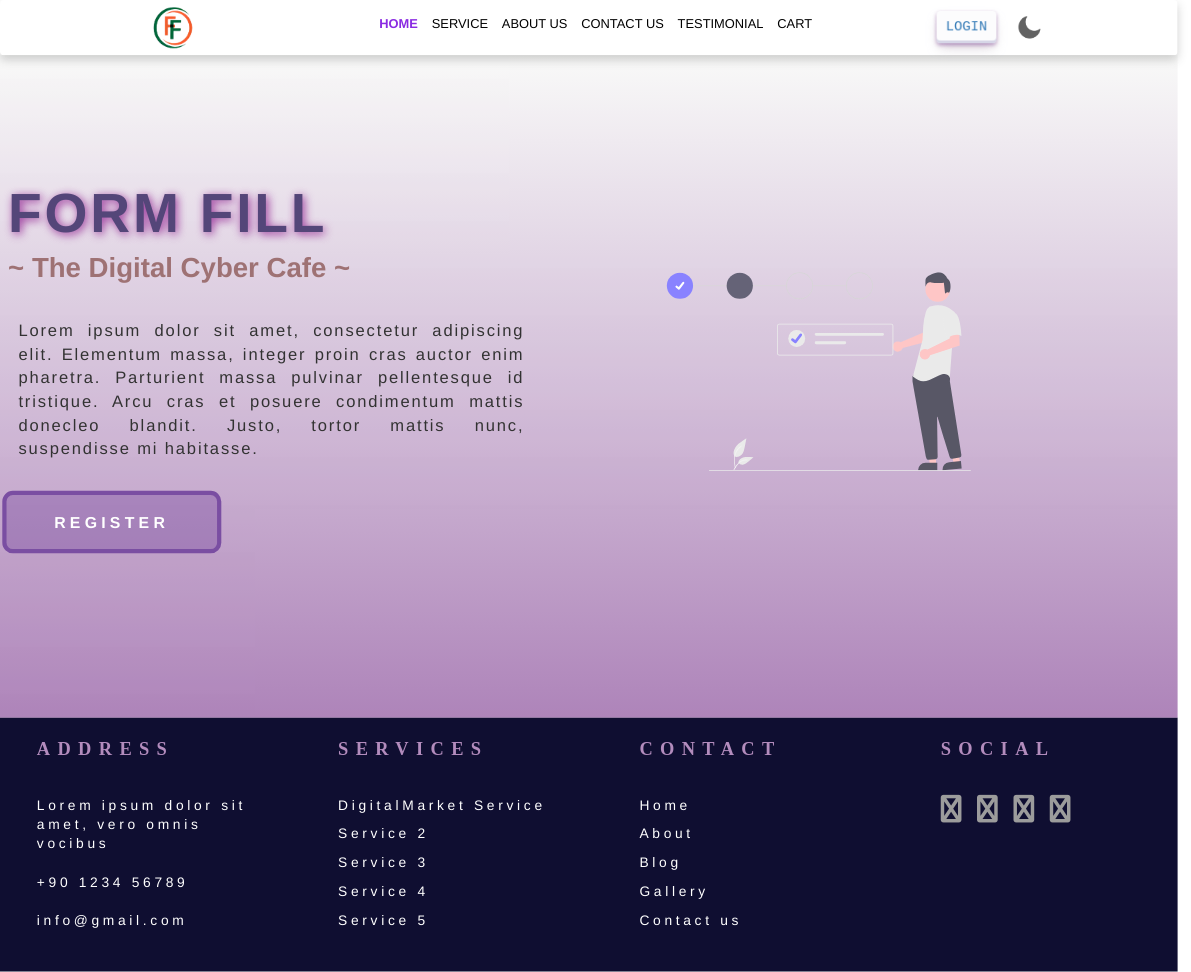
Repository: codervivek5/Formfil
Page: index.html
An editor plug-in stored every save of this project. The page is shown before and after the next save, followed by the edit.
The browser window is 1280 px wide. The page is 1295 px wide, so the pictures cover 1295 px, including what lies to the right of the window. The pictures show the whole page, at 92% of full size.
The pointer rests on the first visible `.btn1`.
Some web fonts or font styles are not loaded; a fallback is used.

Above is the page before, as saved 2023-03-04 20:50:53.

After the next save:
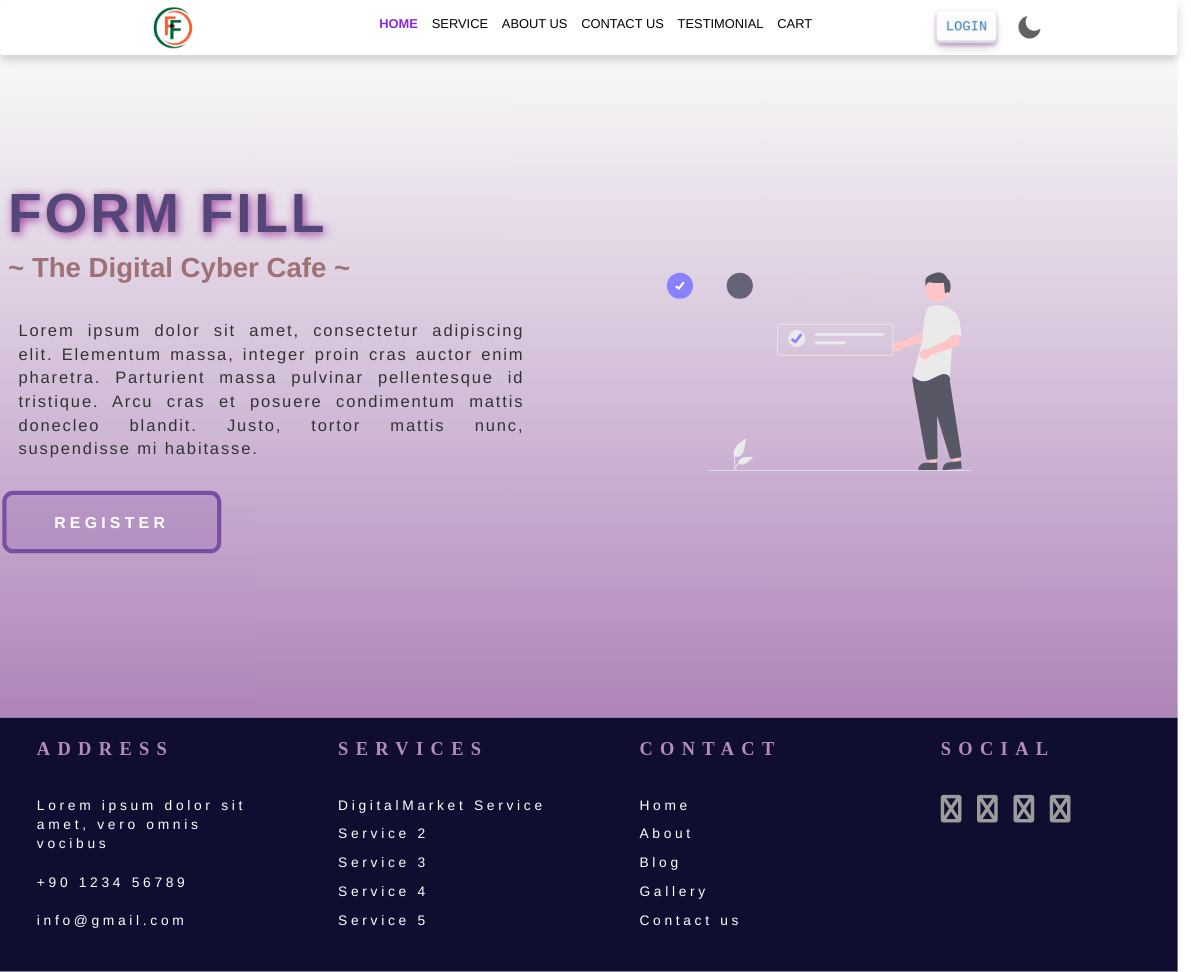
Saved 9 s later.
--- a/style/style.css
+++ b/style/style.css
@@ -240,7 +240,7 @@ overflow-x: hidden;
 }
 .btn1:hover{
   transform: scale(1.15);
-  background-color: rgba(90, 34, 139,0.4) !important;
+  background-color: rgba(90, 34, 139,0.2) !important;
   color: white !important;
 }
 
